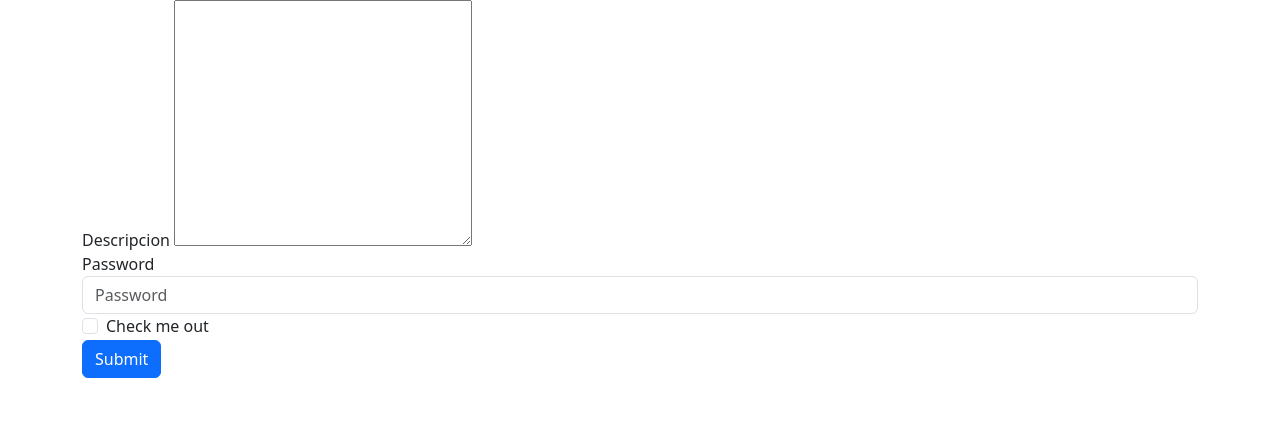
Repository: kevin-meza/pompeyo
Page: http://localhost/post/create
These files come from the project's save history. The page is drawn as it stood at one moment and after the next save; the edit follows.
The browser window is 1280 px wide. The pictures show the whole page.
The page is served by the project's Laravel application, run on PHP 8.4 with Laravel 10. A made-up administrator, Test User (test@example.com), is signed in. Other server files are loaded and not shown.

Above is the page before, as saved 2023-05-05 17:11:13.

### routes/web.php
<?php

use Illuminate\Support\Facades\Route;

/*
|--------------------------------------------------------------------------
| Web Routes
|--------------------------------------------------------------------------
|
| Here is where you can register web routes for your application. These
| routes are loaded by the RouteServiceProvider and all of them will
| be assigned to the "web" middleware group. Make something great!
|
*/

Route::get('/', function () {
    return view('auth/login');
});

Auth::routes();

Route::get('/home', [App\Http\Controllers\HomeController::class, 'index'])->name('home');

Route::resource('/comentar',App\Http\Controllers\comentarioController::class);
Route::post('/comentar/store', [App\Http\Controllers\comentarioController::class,'store'])->name('comentar.store');

Route::resource('/post',App\Http\Controllers\postController::class);

### app/Models/User.php
<?php

namespace App\Models;

// use Illuminate\Contracts\Auth\MustVerifyEmail;
use Illuminate\Database\Eloquent\Factories\HasFactory;
use Illuminate\Foundation\Auth\User as Authenticatable;
use Illuminate\Notifications\Notifiable;
use Laravel\Sanctum\HasApiTokens;

class User extends Authenticatable
{
    use HasApiTokens, HasFactory, Notifiable;

    /**
     * The attributes that are mass assignable.
     *
     * @var array<int, string>
     */
    protected $primaryKey = 'id_user';
    protected $fillable = [
        'name',
        'email',
        'password',
    ];

    /**
     * The attributes that should be hidden for serialization.
     *
     * @var array<int, string>
     */
    protected $hidden = [
        'password',
        'remember_token',
    ];

    /**
     * The attributes that should be cast.
     *
     * @var array<string, string>
     */
    protected $casts = [
        'email_verified_at' => 'datetime',
    ];
}

### app/Http/Controllers/postController.php
<?php

namespace App\Http\Controllers;

use Illuminate\Http\Request;

class postController extends Controller
{
    /**
     * Display a listing of the resource.
     */
    public function index()
    {
        //
    }

    /**
     * Show the form for creating a new resource.
     */
    public function create()
    {
        //
        return view ("post/form");
    }

    /**
     * Store a newly created resource in storage.
     */
    public function store(Request $request)
    {
        //
    }

    /**
     * Display the specified resource.
     */
    public function show(string $id)
    {
        //
    }

    /**
     * Show the form for editing the specified resource.
     */
    public function edit(string $id)
    {
        //
    }

    /**
     * Update the specified resource in storage.
     */
    public function update(Request $request, string $id)
    {
        //
    }

    /**
     * Remove the specified resource from storage.
     */
    public function destroy(string $id)
    {
        //
    }
}

### resources/views/post/form.blade.php
<!DOCTYPE html>
<html lang="en">
<head>
    <meta charset="UTF-8">
    <meta name="viewport" content="width=device-width, initial-scale=1.0">
    <meta http-equiv="X-UA-Compatible" content="ie=edge">
    <link href="https://cdn.jsdelivr.net/npm/bootstrap@5.3.0-alpha3/dist/css/bootstrap.min.css" rel="stylesheet" integrity="sha384-KK94CHFLLe+nY2dmCWGMq91rCGa5gtU4mk92HdvYe+M/SXH301p5ILy+dN9+nJOZ" crossorigin="anonymous">
<script src="https://cdn.jsdelivr.net/npm/bootstrap@5.2.3/dist/js/bootstrap.min.js" integrity="sha384-cuYeSxntonz0PPNlHhBs68uyIAVpIIOZZ5JqeqvYYIcEL727kskC66kF92t6Xl2V" crossorigin="anonymous"></script>
    <title>Document</title>
</head>
<body>
    <div class="container">
    <form>
        <div class="form-group">
          <label for="exampleInputEmail1">Descripcion</label>

            <textarea name="descripcion" id="" cols="30" rows="10"></textarea>
        </div>
        <div class="form-group">
          <label for="exampleInputPassword1">Password</label>
          <input type="password" class="form-control" id="exampleInputPassword1" placeholder="Password">
        </div>
        <div class="form-check">
          <input type="checkbox" class="form-check-input" id="exampleCheck1">
          <label class="form-check-label" for="exampleCheck1">Check me out</label>
        </div>
        <button type="submit" class="btn btn-primary">Submit</button>
      </form>

</div>

</body>
</html>

Loaded but not shown: app/Http/Controllers/Auth/ConfirmPasswordController.php (common file); app/Http/Controllers/Controller.php (common file)

After the next save:
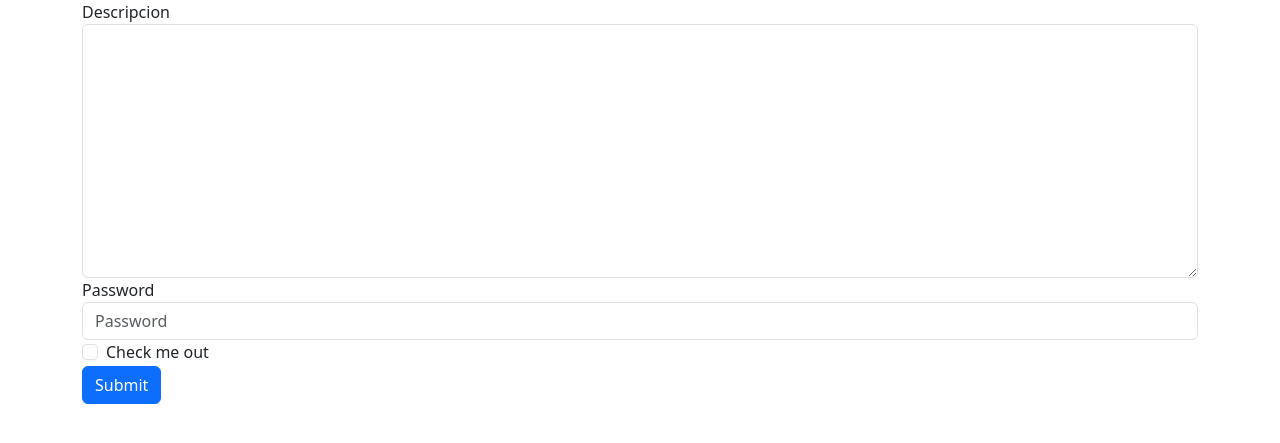
Saved 18 s later.
--- a/resources/views/post/form.blade.php
+++ b/resources/views/post/form.blade.php
@@ -14,7 +14,7 @@
         <div class="form-group">
           <label for="exampleInputEmail1">Descripcion</label>
 
-            <textarea name="descripcion" id="" cols="30" rows="10"></textarea>
+            <textarea class="form-control" name="descripcion" id="" cols="30" rows="10"></textarea>
         </div>
         <div class="form-group">
           <label for="exampleInputPassword1">Password</label>
